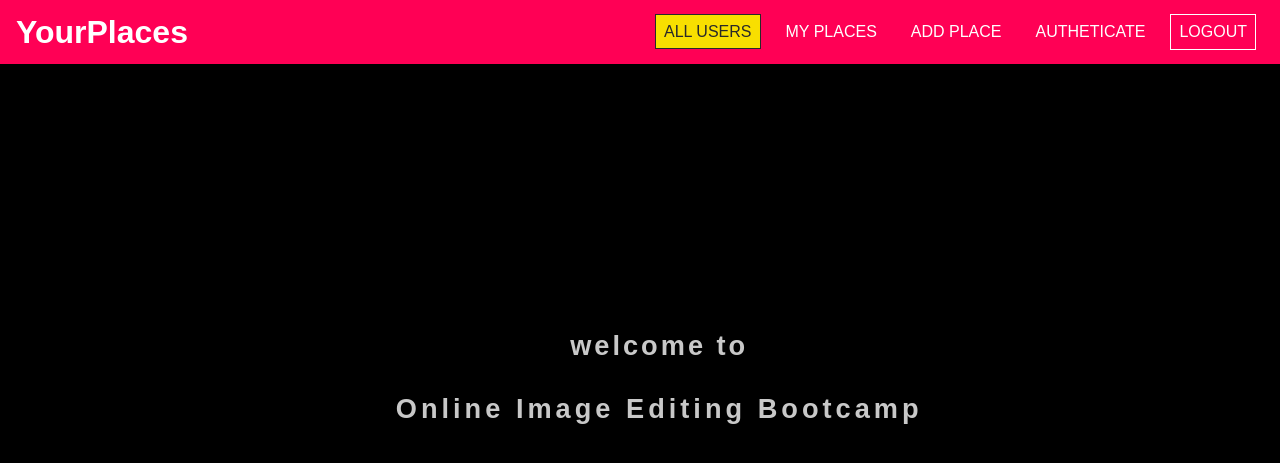
Repository: TanviSanyal/ImageEditingBootcamp
Page: /
An editor plug-in stored every save of this project. The page is shown before and after the next save, followed by the edit.
The browser window is 1280 px wide. The pictures show the whole page.
The project was rebuilt for these pictures with package versions that can differ from the ones it lists, and the page was loaded fresh each time. Also part of the build but not shown: src/shared/components/navigation/SideDrawer.css, src/shared/components/UIElements/Backdrop.css, src/shared/components/UIElements/Backdrop.js.

Above is the page before, as saved 2020-09-26 23:09:19.

After the next save:
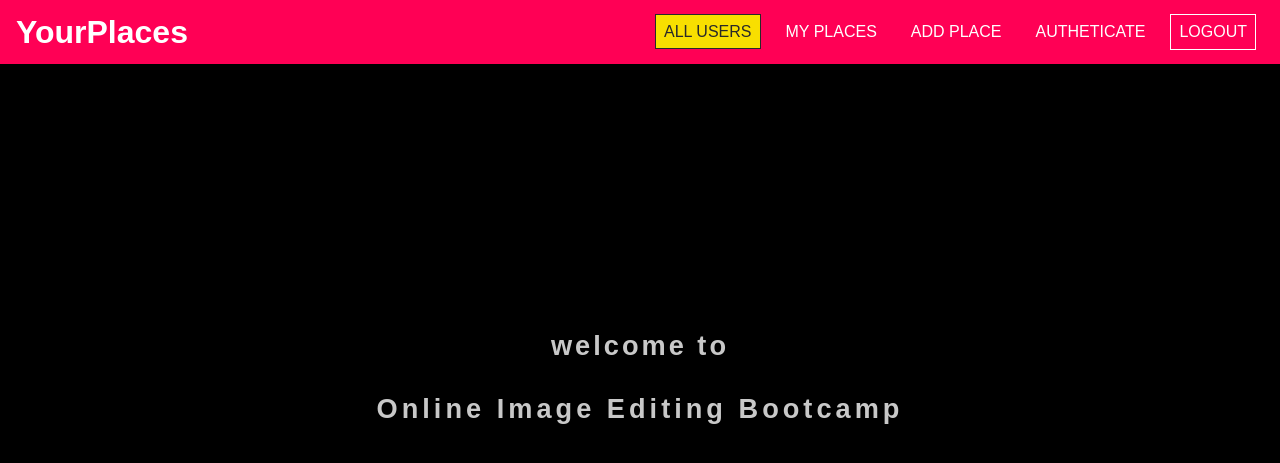
Saved 16 s later.
--- a/src/App.css
+++ b/src/App.css
@@ -7,6 +7,7 @@
   text-align: center;
   padding-top: 31vh;
   padding-left: 3%;
+  padding-right: 3%;
 }
 
 .text1{
